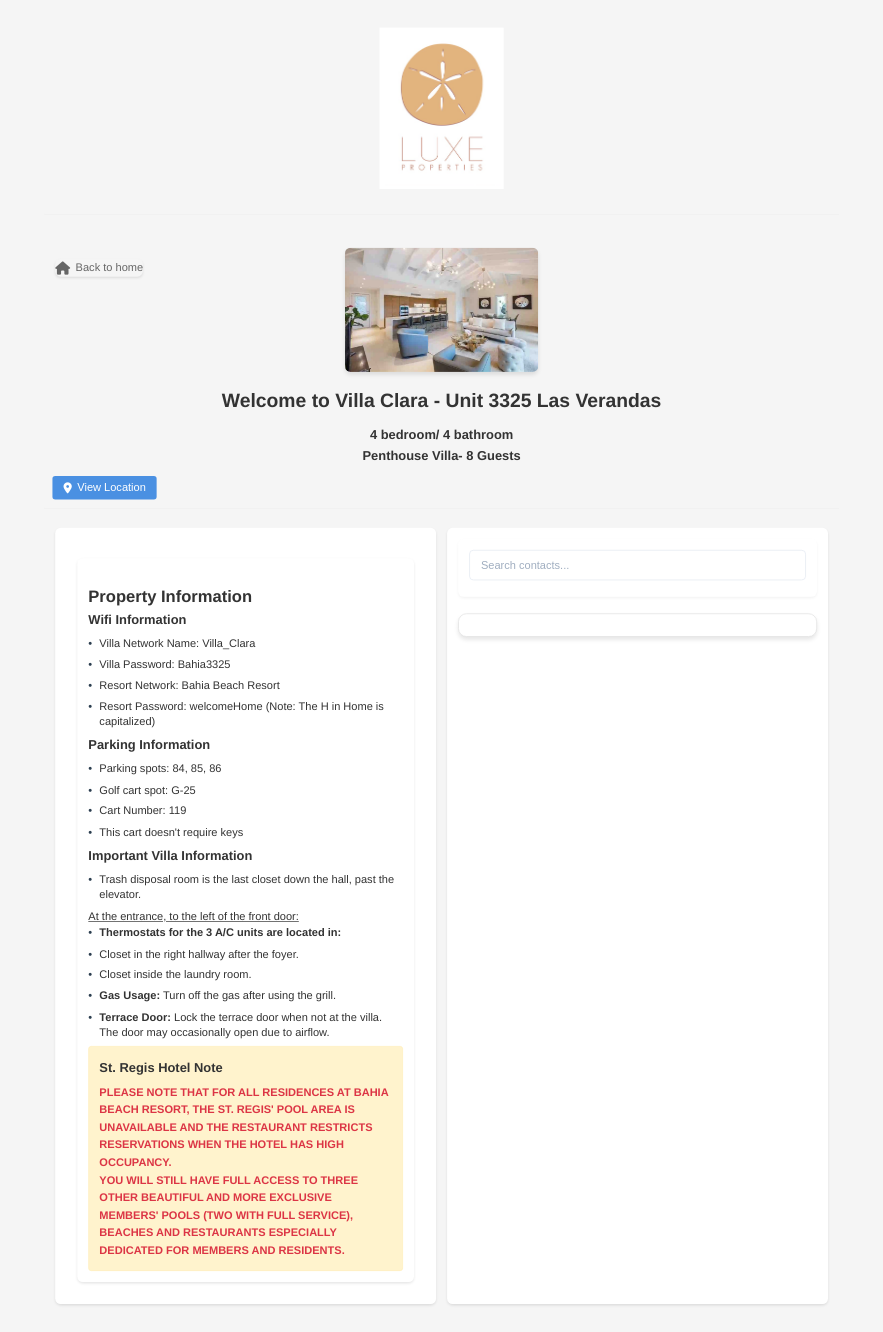
Repository: chvg1968/luxephonebook
Page: public/pages/villaclara.html
An editor plug-in stored every save of this project. The page is shown before and after the next save, followed by the edit.
The browser window is 1280 px wide. The pictures show the whole page, at 69% of full size.

Above is the page before, as saved 2025-02-01 20:18:10.
Console error: ReferenceError: selectedCategory is not defined

### public/pages/villaclara.html
<!DOCTYPE html>
<html lang="en">
<head>
    <meta charset="UTF-8">
    <meta name="viewport" content="width=device-width, initial-scale=1.0">
    <title>Luxe Properties - Villa Clara</title>
    <link rel="stylesheet" href="/public/assets/styles/main.css">
    <link rel="stylesheet" href="/public/assets/styles/components/accordion.css">
    <link rel="stylesheet" href="/public/assets/styles/components/category-tree.css">
    <link rel="stylesheet" href="/public/assets/styles/components/card.css">
    <link rel="stylesheet" href="/public/assets/styles/components/modal.css">
    <link rel="stylesheet" href="/public/assets/styles/components/search.css">
    <link rel="stylesheet" href="https://cdnjs.cloudflare.com/ajax/libs/font-awesome/6.0.0/css/all.min.css">
</head>
<body>
    <div class="container">
        <header class="main-header">
            <div class="logo-container">
                <img src="/public/assets/images/logo.png" alt="Luxe Properties Logo" class="logo">
            </div>
        </header>

        <main>
            <div class="property-welcome">
                <img src="/public/assets/images/properties/villaclara/Villa Clara.jpg" alt="Villa Clara" class="property-image">
                <h1 id="propertyTitle">Welcome to Villa Clara - Unit 3325 Las Verandas</h1>
                <h3>4 bedroom/ 4 bathroom </h3>
                <h3>Penthouse Villa- 8 Guests</h3>
                <div class="property-actions">
                    <a href="/index.html" class="back-to-home">
                        <i class="fas fa-home"></i>
                        <span>Back to home</span>
                    </a>
                    <button class="view-map-btn" onclick="openMapModal()">
                        <i class="fas fa-map-marker-alt"></i>
                        <span>View Location</span>
                    </button>
                </div>
            </div>

            <!-- Modal para el mapa -->
            <div id="mapModal" class="modal">
                <div class="modal-content">
                    <span class="close" onclick="closeMapModal()">&times;</span>
                    <h2>Villa Clara Location</h2>
                    <p>On your mobile, rotate your screen to landscape mode for a better view.</p>
                    <div class="map-container">
                        <div class="map-wrapper">
                            <img src="/public/assets/images/map.jpg"
                                 alt="Villa Clara Location Map"
                                 class="map-image"
                                 id="mapImage">
                        </div>
                        <div class="map-controls">
                            <button title="Zoom in" onclick="zoomMap(1.2)" class="zoom-btn">
                                <i class="fas fa-search-plus"></i>
                            </button>
                            <button title="Zoom out" onclick="zoomMap(0.8)" class="zoom-btn">
                                <i class="fas fa-search-minus"></i>
                            </button>
                            <button title="Reset zoom" onclick="resetMap()" class="zoom-btn">
                                <i class="fas fa-undo"></i>
                            </button>
                        </div>
                    </div>
                </div>
            </div>

            <div class="two-column-layout">
                <!-- Columna de información de la propiedad -->
                <div class="property-column">
                    <div class="property-hero">
                        <div class="property-info">
                            <div class="info-section">
                                <h2>Property Information</h2>
                                <div class="info-group">
                                    <h3>Wifi Information</h3>
                                    <ul class="info-list" style="list-style: none;">
                                        <li>Villa Network Name: Villa_Clara</li>
                                        <li>Villa Password: Bahia3325</li>
                                        <li>Resort Network: Bahia Beach Resort</li>
                                        <li>Resort Password: welcomeHome (Note: The H in Home is capitalized)</li>
                                    </ul>
                                </div>

                                <div class="info-group">
                                    <h3>Parking Information</h3>
                                    <ul class="info-list">
                                        <li>Parking spots: 84, 85, 86</li>
                                        <li>Golf cart spot: G-25</li>
                                        <li>Cart Number: 119</li>
                                        <li>This cart doesn't require keys</li>
                                    </ul>
                                </div>

                                <div class="info-group">
                                    <h3>Important Villa Information</h3>
                                    <ul class="info-list" style="list-style: none;">
                                        <li>Trash disposal room is the last closet down the hall, past the elevator.</li>

                                        <p style="text-decoration: underline;">At the entrance, to the left of the front door:</p>
                                        <ul class="info-list" style="list-style: none;">
                                            <li><strong>Thermostats for the 3 A/C units are located in:</strong></li>
                                            <ul style="list-style: none;">
                                                <li>Closet in the right hallway after the foyer.</li>
                                                <li>Closet inside the laundry room.</li>
                                            </ul>
                                            <li><strong>Gas Usage:</strong> Turn off the gas after using the grill.</li>
                                            <li><strong>Terrace Door:</strong> Lock the terrace door when not at the villa. The door may occasionally open due to airflow.</li>
                                        </ul>
                                    </ul>
                                </div>

                                <div class="info-group warning">
                                    <h3>St. Regis Hotel Note</h3>
                                    <p>PLEASE NOTE THAT FOR ALL RESIDENCES AT BAHIA BEACH RESORT, THE ST. REGIS' POOL AREA IS UNAVAILABLE AND THE RESTAURANT RESTRICTS RESERVATIONS WHEN THE HOTEL HAS HIGH OCCUPANCY.</p>
                                    <p>YOU WILL STILL HAVE FULL ACCESS TO THREE OTHER BEAUTIFUL AND MORE EXCLUSIVE MEMBERS' POOLS (TWO WITH FULL SERVICE), BEACHES AND RESTAURANTS ESPECIALLY DEDICATED FOR MEMBERS AND RESIDENTS.</p>
                                </div>
                            </div>
                        </div>
                    </div>
                </div>

                <!-- Columna de búsqueda y categorías -->
                <div class="search-column">
                    <div class="search-container">
                        <input type="text" id="searchInput" class="search-input" placeholder="Search contacts...">
                        <div id="stats" class="search-stats"></div>
                    </div>

                    <!-- Árbol de categorías -->
                    <div id="categoryTree" class="category-tree"></div>

                    <div id="resultsContainer" class="results"></div>
                </div>
            </div>
        </main>
    </div>

    <script type="module" src="/public/js/property.js"></script>
</body>
</html>

### public/assets/styles/components/accordion.css
.accordion {
    width: 100%;
    max-width: 1200px;
    margin: 2rem auto;
}

.accordion-item {
    margin-bottom: 1rem;
    border-radius: 8px;
    overflow: hidden;
    box-shadow: 0 2px 4px rgba(0, 0, 0, 0.1);
}

.accordion-header {
    background-color: #fff;
    padding: 1rem;
    cursor: pointer;
    display: flex;
    align-items: center;
    transition: background-color 0.3s ease;
}

.accordion-header:hover {
    background-color: #f8f9fa;
}

.accordion-header img {
    width: 100px;
    height: 70px;
    object-fit: cover;
    margin-right: 1rem;
    border-radius: 4px;
}

.accordion-header h2 {
    margin: 0;
    font-size: 1.25rem;
    color: #333;
}

.accordion-content {
    max-height: 0;
    overflow: hidden;
    transition: max-height 0.3s ease-out;
    background-color: #fff;
}

.accordion-content.active {
    max-height: 1000px;
}

.property-hero {
    padding: 1rem;
}

.property-info {
    margin-top: 0.75rem;
}

.property-info h3 {
    color: #333;
    margin-bottom: 0.5rem;
}

.info-section {
    margin-bottom: 1rem;
}

.info-section:last-child {
    margin-bottom: 0;
}

.info-section h3 {
    margin-bottom: 0.5rem;
    color: #333;
}

.info-list {
    list-style: none;
    padding: 0;
    margin: 0;
}

.info-list li {
    margin-bottom: 0.5rem;
    line-height: 1.4;
}

.warning {
    color: #dc3545;
    font-weight: bold;
}

.property-welcome {
    text-align: center;
    margin: 0.75rem 0;
    position: relative;
    padding: 0.75rem;
    border-bottom: 1px solid #eee;
}

.property-image {
    width: 280px;
    height: 180px;
    object-fit: cover;
    border-radius: 8px;
    margin-bottom: 0.75rem;
    box-shadow: 0 4px 6px rgba(0, 0, 0, 0.1);
}

.back-to-home {
    display: flex;
    align-items: center;
    justify-content: center;
    gap: 0.5rem;
    color: #666;
    text-decoration: none;
    font-size: 1rem;
    margin-top: 0.75rem;
    transition: color 0.3s ease;
}

.back-to-home:hover {
    color: #333;
}

.back-to-home i {
    font-size: 1.2rem;
}

/* Header styles */
.main-header {
    text-align: center;
    padding: 1rem;
    margin-bottom: 0.75rem;
    border-bottom: 1px solid #eee;
}

.logo-container {
    margin-bottom: 0.75rem;
}

.logo {
    max-width: 180px;
    height: auto;
}

.welcome-title {
    font-size: 2rem;
    color: #333;
    margin-bottom: 0.5rem;
}

.welcome-subtitle {
    font-size: 1.25rem;
    color: #666;
    margin-bottom: 2rem;
}

.two-column-layout {
    display: grid;
    grid-template-columns: 1fr 1fr;
    gap: 1rem;
    padding: 1rem;
    max-width: 1400px;
    margin: 0 auto;
}

.property-column,
.search-column {
    background: #fff;
    padding: 1rem;
    border-radius: 8px;
    box-shadow: 0 2px 4px rgba(0, 0, 0, 0.1);
}

.search-section {
    margin-bottom: 1rem;
}

.search-box {
    display: flex;
    flex-direction: column;
    gap: 0.75rem;
    margin-bottom: 0.75rem;
}

.search-input,
.category-select {
    padding: 0.75rem;
    border: 1px solid #ddd;
    border-radius: 4px;
    font-size: 1rem;
}

.results {
    margin-top: 2rem;
}

#propertyTitle {
    margin-bottom: 0.75rem;
    color: #333;
    font-size: 1.75rem;
}

main {
    padding-top: 0.75rem;
}

@media (max-width: 768px) {
    .two-column-layout {
        grid-template-columns: 1fr;
    }

    .property-column,
    .search-column {
        padding: 1rem;
    }
}

### public/assets/styles/components/search.css
/* Search Section Styles */
.search-section {
    background-color: var(--secondary-color);
    padding: var(--spacing-lg);
    border-radius: var(--border-radius);
    margin-bottom: var(--spacing-lg);
    box-shadow: var(--card-shadow);
}

.search-box {
    display: flex;
    gap: var(--spacing-md);
    margin-bottom: var(--spacing-md);
}

.search-input {
    flex: 1;
    padding: 1rem 1.5rem;
    border: 2px solid #e2e8f0;
    border-radius: var(--border-radius);
    font-size: 1rem;
    transition: border-color 0.3s ease;
}

.search-input:focus {
    outline: none;
    border-color: var(--primary-color);
    box-shadow: 0 0 0 3px rgba(26, 95, 122, 0.1);
}

.search-input::placeholder {
    color: #94a3b8;
}

.category-select {
    min-width: 200px;
    padding: 1rem 1.5rem;
    border: 2px solid #e2e8f0;
    border-radius: var(--border-radius);
    font-size: 1rem;
    background-color: white;
    cursor: pointer;
    appearance: none;
    background-image: url("data:[embedded picture, 228 characters]");
    background-repeat: no-repeat;
    background-position: right 1rem center;
    background-size: 1.5em;
    padding-right: 2.5rem;
}

.category-select:focus {
    outline: none;
    border-color: var(--primary-color);
    box-shadow: 0 0 0 3px rgba(26, 95, 122, 0.1);
}

.stats {
    color: #64748b;
    font-size: 0.875rem;
    text-align: right;
    margin-top: 0.5rem;
}

.search-container {
    margin-bottom: 1.5rem;
    padding: 1rem;
    background: #fff;
    border-radius: 8px;
    box-shadow: 0 2px 4px rgba(0, 0, 0, 0.05);
}

.search-input {
    width: 100%;
    padding: 0.75rem 1rem;
    font-size: 1rem;
    border: 1px solid #e2e8f0;
    border-radius: 6px;
    background-color: #fff;
    transition: all 0.2s ease;
}

.search-input:focus {
    outline: none;
    border-color: #4299e1;
    box-shadow: 0 0 0 3px rgba(66, 153, 225, 0.15);
}

.search-input::placeholder {
    color: #a0aec0;
}

.search-stats {
    margin-top: 0.5rem;
    font-size: 0.875rem;
    color: #718096;
}

/* Responsive Design */
@media (max-width: 768px) {
    .search-box {
        flex-direction: column;
    }

    .search-input,
    .category-select {
        width: 100%;
    }
}

### public/js/components/config.js
// config.js
export const icons = {
    // Tu mapeo completo de iconos
        // Secciones principales
        "Medical and Security Emergencies": "fa-kit-medical",
        "Golf": "fa-golf-ball",
        "Unit's Golf Cart":"fa-golf-cart",
        "Resort restaurants and venues": "fa-utensils",
        "Resort activities and adventures": "fa-umbrella-beach",
        "Transportation/Transfer": "fa-taxi",
        "Catering/delivery/special services": "fa-concierge-bell",
        "Off property": "fa-map-location-dot",

        // Categorías
        "Hotel": "fa-hotel",
        "Spa": "fa-spa",
        "Pool":"fa-person-swimming",
        "Beach": "fa-umbrella-beach",
        "Wellness center": "fa-heart-pulse",
        "Bar": "fa-martini-glass",
        "Restaurant": "fa-utensils",
        "Off Property Restaurant": "fa-store",
        "Scuba Diving Tours": "fa-water",
        "Aqua Tours": "fa-ship",
        "Tours": "fa-route",
        "Activities Reservations": "fa-calendar-check",
        "Tennis": "fa-table-tennis",
        "Wellness Center": "fa-heart-pulse",
        "Concierge": "fa-bell-concierge",
        "Concierge Services": "fa-bell-concierge",
        "Transportation": "fa-taxi",
        "Nanny Services": "fa-baby",
        "Professional Photography": "fa-camera",
        "Personal Care and Fitness": "fa-hand-sparkles",
        "Kid's Club": "fa-child",
        "Personal Chefs": "fa-hat-chef",
        "Pre-Made Meals and Catering": "fa-plate-wheat",
        "Delivery Services and Personal Grocery Shopping": "fa-shopping-cart",
        "Butler Services": "fa-user-tie",
        "Shopping": "fa-shopping-bag",

        // Subcategorías de Restaurant en Off Property
        "Near Casual": "fa-coffee",
        "30 min West (Carolina)": "fa-map-marker-alt",
        "30 min East (Fajardo)": "fa-map-marker-alt",
        "45 min West (San Juan)": "fa-map-marker-alt",
        "On the way from the airport (more variety)": "fa-road",
        "Near Bahia Beach": "fa-umbrella-beach",
        "Specialty Food": "fa-shopping-basket",
        "Wine and Liquors Stores": "fa-wine-glass-alt",
        "Shopping Malls": "fa-store"
    };


export const modalSectionMap = {
    // Tu mapeo de modalSectionMap
    'golf-cart-modal': {
        section: 'Golf',
        category: 'Golf Cart'
    },
    'golf-rates-modal': {
        section: 'Golf',
        category: 'Golf Schedule and Rates'
        },
        'emergency-modal': {
            section: 'Emergency',
            category: null
        },
        'restaurant-modal': {
            section: 'Resort restaurants and venues',
            category: selectedCategory || 'Restaurants'
        },
        'kids-club-modal': {
            section: 'Resort activities and adventures',
            category: "Kid's Club"
        },
        'tennis-modal': {
            section: 'Resort activities and adventures',
            category: 'Tennis Reservations'
        },
        'catering-modal': {
            section: 'Catering/delivery/special services',
            category: selectedCategory || null
        },
        'off-property-modal': {
            section: 'Off property',
            category: selectedCategory || null
        }
    };

Loaded but not shown: public/js/data/contacts.js (1268 lines, source omitted); public/js/components/CategoryTree.js (507 lines, source omitted); public/js/components/Modal.js (488 lines, source omitted); public/js/components/Card.js (380 lines, source omitted); public/js/property.js (340 lines, source omitted); public/js/components/ScrollToTop.js (92 lines, source omitted); public/js/components/SearchBar.js (56 lines, source omitted); public/assets/styles/main.css (410 lines, source omitted); public/assets/styles/components/modal.css (416 lines, source omitted); public/assets/styles/components/card.css (263 lines, source omitted); public/assets/styles/components/category-tree.css (184 lines, source omitted)

After the next save:
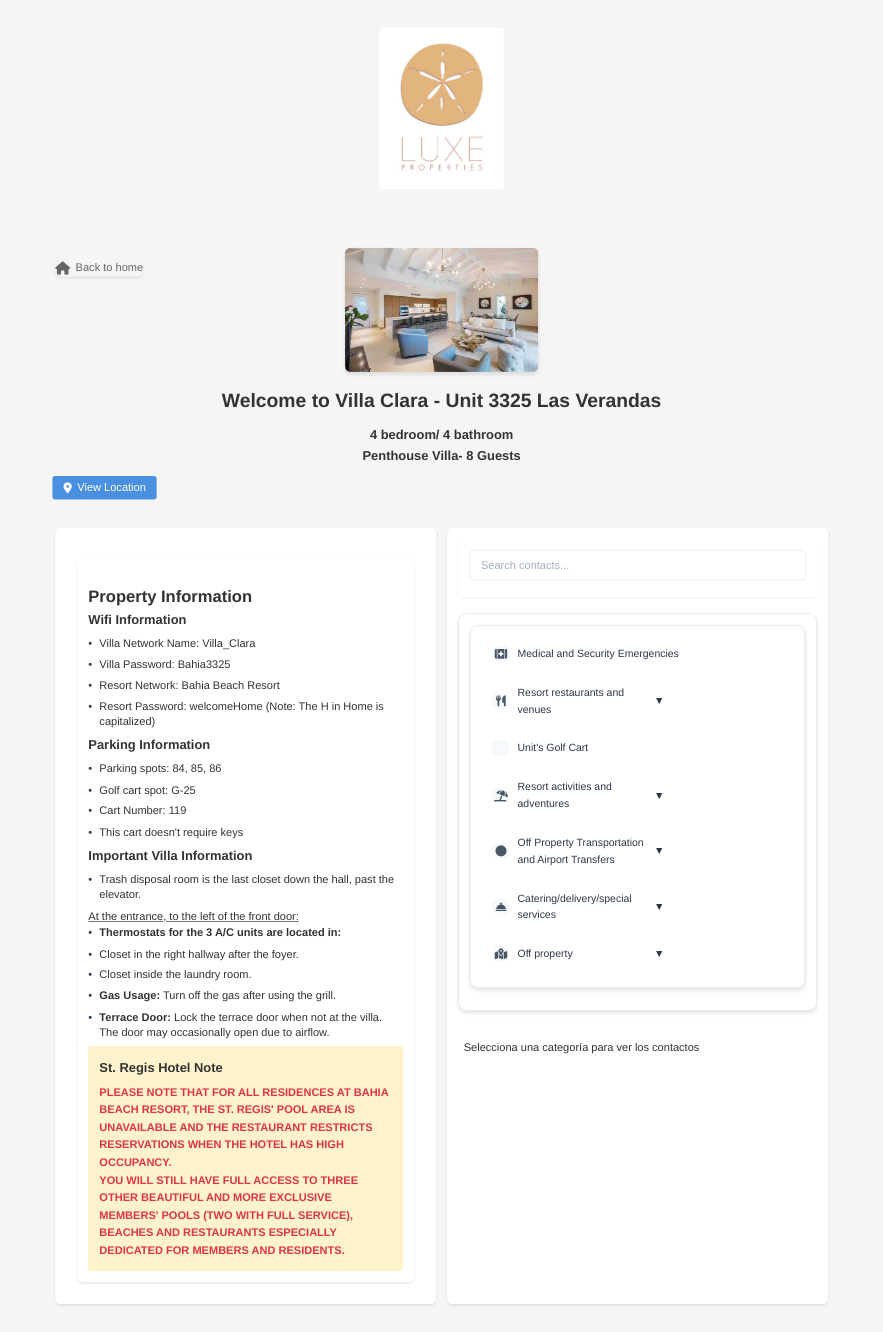
The error is gone.
Saved 6 min 10 s later.
--- a/public/js/components/config.js
+++ b/public/js/components/config.js
@@ -53,7 +53,6 @@
 
 
 export const modalSectionMap = {
-    // Tu mapeo de modalSectionMap
     'golf-cart-modal': {
         section: 'Golf',
         category: 'Golf Cart'
@@ -61,29 +60,118 @@
     'golf-rates-modal': {
         section: 'Golf',
         category: 'Golf Schedule and Rates'
+    },
+    'emergency-modal': {
+        section: 'Emergency',
+        category: null
+    },
+    'restaurant-modal': {
+        section: 'Resort restaurants and venues',
+        category: 'Restaurants'
+    },
+    'kids-club-modal': {
+        section: 'Resort activities and adventures',
+        category: "Kid's Club"
+    },
+    'tennis-modal': {
+        section: 'Resort activities and adventures',
+        category: 'Tennis Reservations'
+    },
+    'catering-modal': {
+        section: 'Catering/delivery/special services',
+        category: null
+    },
+    'off-property-modal': {
+        section: 'Off property',
+        category: null
+    }
+};
+
+export const sections = {
+        "Medical and Security Emergencies": {
+            isSpecial: true,
+            categories: []
         },
-        'emergency-modal': {
-            section: 'Emergency',
-            category: null
+        "Resort restaurants and venues": {
+            isSpecial: false,
+            categories: [
+                "Restaurant",
+                "Bar",
+                "Hotel",
+                "Pool",
+                "Beach",
+                "Spa",
+                "Wellness Center"
+            ]
         },
-        'restaurant-modal': {
-            section: 'Resort restaurants and venues',
-            category: selectedCategory || 'Restaurants'
+        "Unit's Golf Cart":{
+            isSpecial: false,
+            categories: [],
+            openModal: true
         },
-        'kids-club-modal': {
-            section: 'Resort activities and adventures',
-            category: "Kid's Club"
+        "Resort activities and adventures": {
+            isSpecial: false,
+            categories: [
+                "Golf",
+                "Nature and Wildlife",
+                "Tennis",
+                "Water Park and Water Sports",
+                "Wellness Center"
+            ]
         },
-        'tennis-modal': {
-            section: 'Resort activities and adventures',
-            category: 'Tennis Reservations'
+        "Off Property Transportation and Airport Transfers": {
+            isSpecial: false,
+            categories: [
+                "Scuba Diving Tours",
+                "Aqua Tours",
+                "Tours",
+                "Transportation"
+            ]
         },
-        'catering-modal': {
-            section: 'Catering/delivery/special services',
-            category: selectedCategory || null
+        "Catering/delivery/special services": {
+            isSpecial: false,
+            categories: [
+                "Nanny Services",
+                "Professional Photography",
+                "Personal Care and Fitness",
+                "Kid's Club",
+                "Personal Chefs, Catering and Pre-Made Meals",
+                "Butler Services",
+                "Concierge Services",
+                "Delivery Services"
+            ]
         },
-        'off-property-modal': {
-            section: 'Off property',
-            category: selectedCategory || null
+        "Off property": {
+            isSpecial: false,
+            categories: [
+                {
+                    name: "Places to Visit",
+                    categories: []
+                },
+                {
+                    name: "Restaurant",
+                    subcategories: [
+                        "Near Casual",
+                        "30 min West (Carolina)",
+                        "30 min East (Fajardo)",
+                        "45 min West (San Juan)",
+                        "On the way from the airport (more variety)",
+                        "Near Bahia Beach"
+                    ]
+                },
+                {
+                    name: "Shopping",
+                    subcategories: [
+                        "Specialty Food",
+                        "Wine and Liquors Stores",
+                        "Shopping Malls",
+                        "On the way from the airport (more variety)",
+                        "Near Bahia Beach",
+                        "30 min West (Carolina)",
+                        "30 min East (Fajardo)",
+                        "45 min West (San Juan)"
+                    ]
+                }
+            ]
         }
     };
